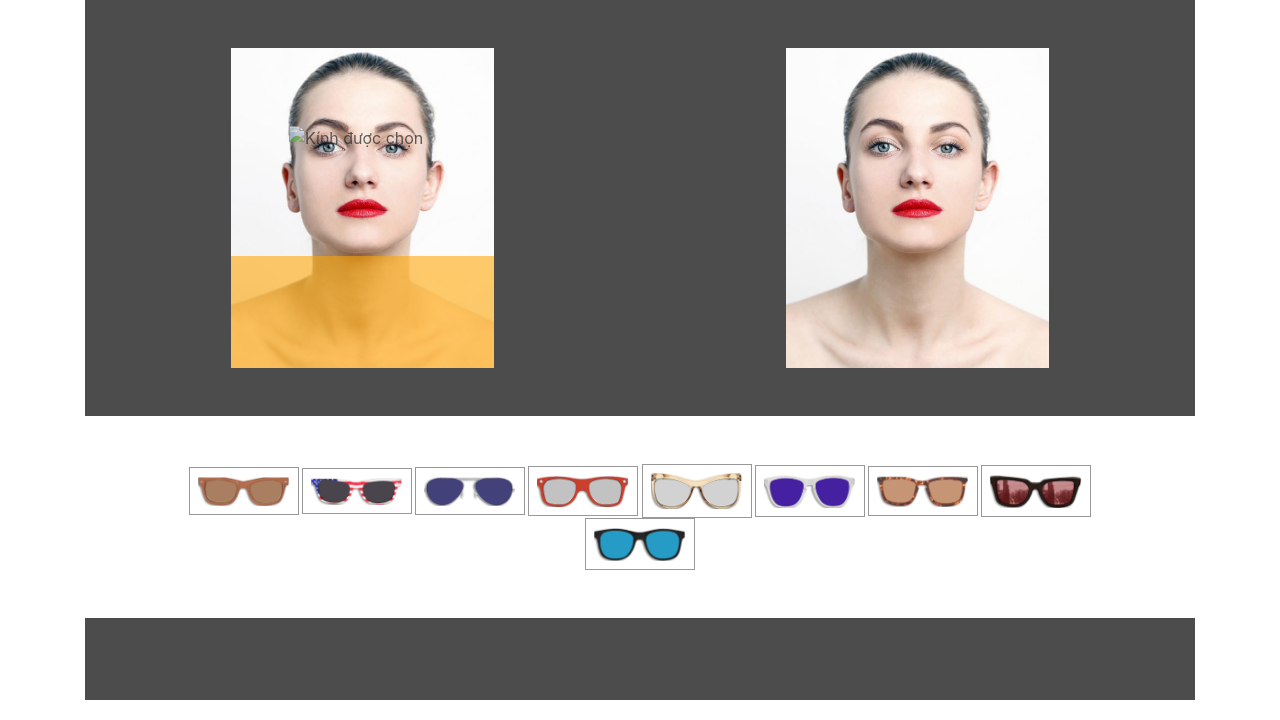
Repository: ducdatit2002/reactjs-try-glasses
Page: /
These files come from the project's save history. The page is drawn as it stood at one moment and after the next save; the edit follows.
The browser window is 1280 px wide. The pictures show the whole page.
The project was rebuilt for these pictures with package versions that can differ from the ones it lists, and the page was loaded fresh each time. Also part of the build but not shown: src/App.css.

Above is the page before, as saved 2023-10-24 19:25:19.

After the next save:
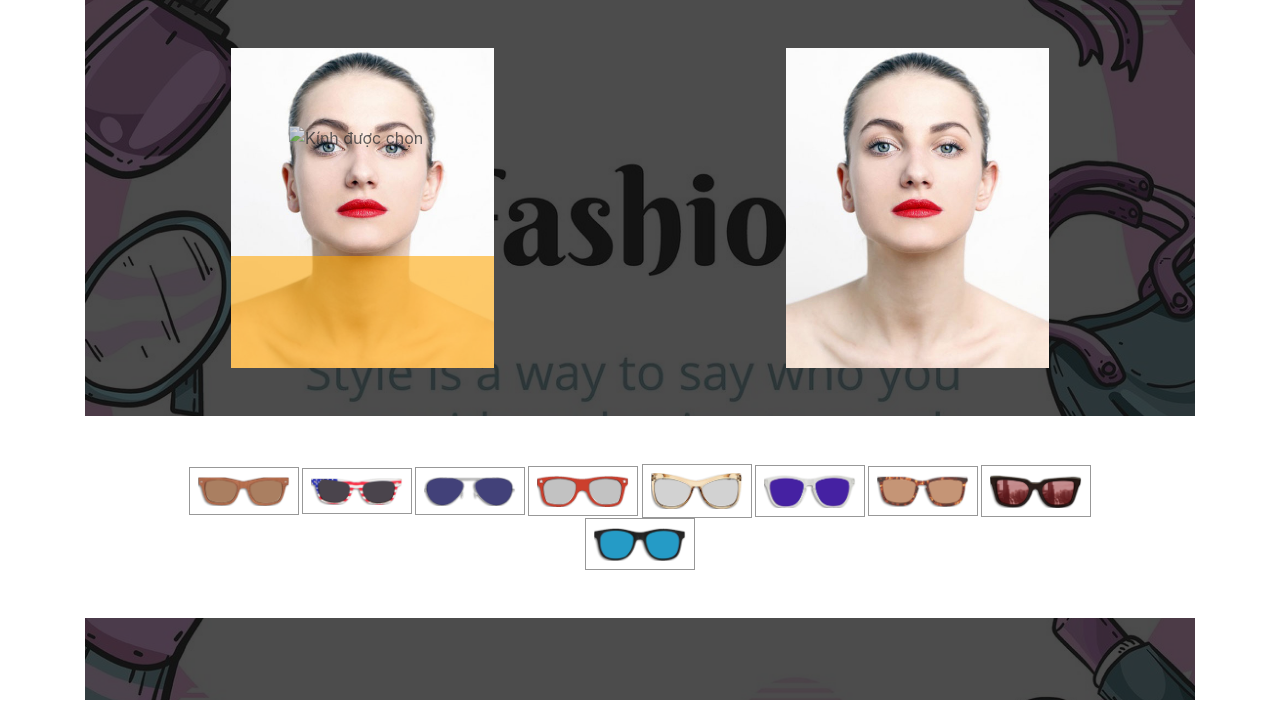
Saved 31 s later.
--- a/src/GlassState/GlassState.js
+++ b/src/GlassState/GlassState.js
@@ -25,7 +25,13 @@
   render() {
     return (
       <div>
-        <div className="backGround">
+        <div className="backGround"          style={{
+            backgroundImage: 'url("./glassesImage/background.jpg")',
+            backgroundPosition: "center center",
+            backgroundRepeat: "no-repeat",
+            backgroundSize: "cover",
+            height: 700,
+          }}>
           <div className="overlay">
             <div className="container">
               <div className="row mt-5">
